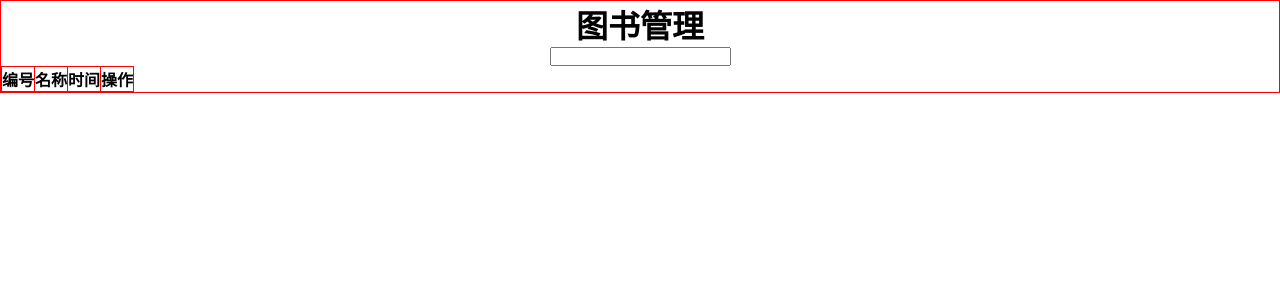
Repository: chenguocan/Vue_demo_1
Page: vue_demo_03/图书管理.html
These files come from the project's save history. The page is drawn as it stood at one moment and after the next save; the edit follows.
The browser window is 1280 px wide. The pictures show the whole page.

Above is the page before, as saved 2020-07-21 16:01:46.

### vue_demo_03/图书管理.html
<!DOCTYPE html>
<html lang="en">
  <head>
    <meta charset="UTF-8" />
    <meta name="viewport" content="width=device-width, initial-scale=1.0" />
    <title>Document</title>
    <style>
      * {
        margin: 0;
        padding: 0;
        box-sizing: border-box;
      }
      .book {
        border: 1px solid red;
        text-align: center;
      }
      table {
        border-collapse: collapse;
      }
      th {
        border: 1px solid red;
        border-collapse: collapse;
      }
    </style>
  </head>
  <body>
    <div class="book">
      <h1>图书管理</h1>
      <table>
        <tr>
          <input type="text" />
        </tr>
      </table>
      <table>
        <thead>
          <tr>
            <th>编号</th>
            <th>名称</th>
            <th>时间</th>
            <th>操作</th>
          </tr>
        </thead>
      </table>
    </div>
  </body>
  <script src="./js/vue.js"></script>
</html>

Loaded but not shown: vue_demo_03/js/vue.js (library)

After the next save:
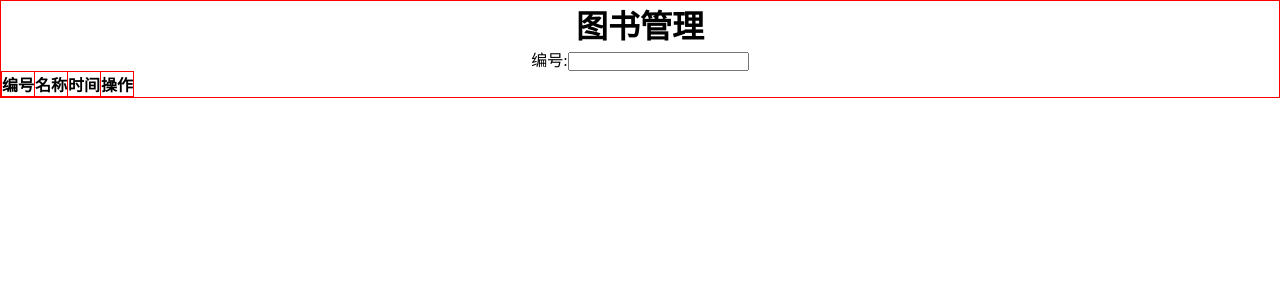
Saved 5 s later.
--- a/vue_demo_03/图书管理.html
+++ b/vue_demo_03/图书管理.html
@@ -28,7 +28,7 @@
       <h1>图书管理</h1>
       <table>
         <tr>
-          <input type="text" />
+          编号:<input type="text" />
         </tr>
       </table>
       <table>
